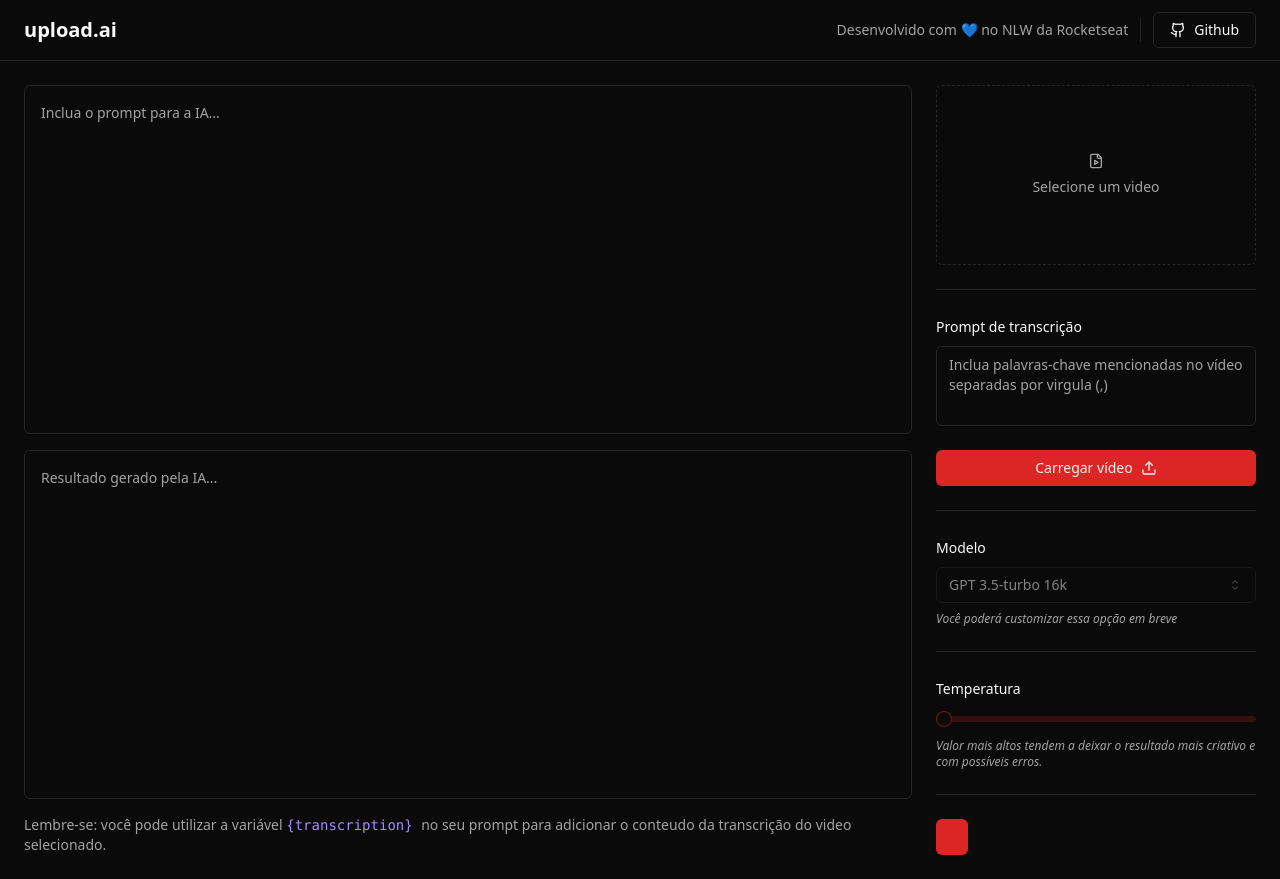
Repository: ricardolimati/upload-ai-web
Page: /
The author's editor kept a copy of each file at every save. The page is drawn from the files as they stood at one save, then again after the next save.
The browser window is 1280 px wide. The pictures show the whole page.
The project was rebuilt for these pictures with package versions that can differ from the ones it lists, and the page was loaded fresh each time. Also part of the build but not shown: vite.config.ts.

Above is the page before, as saved 2023-09-12 00:28:13.

After the next save:
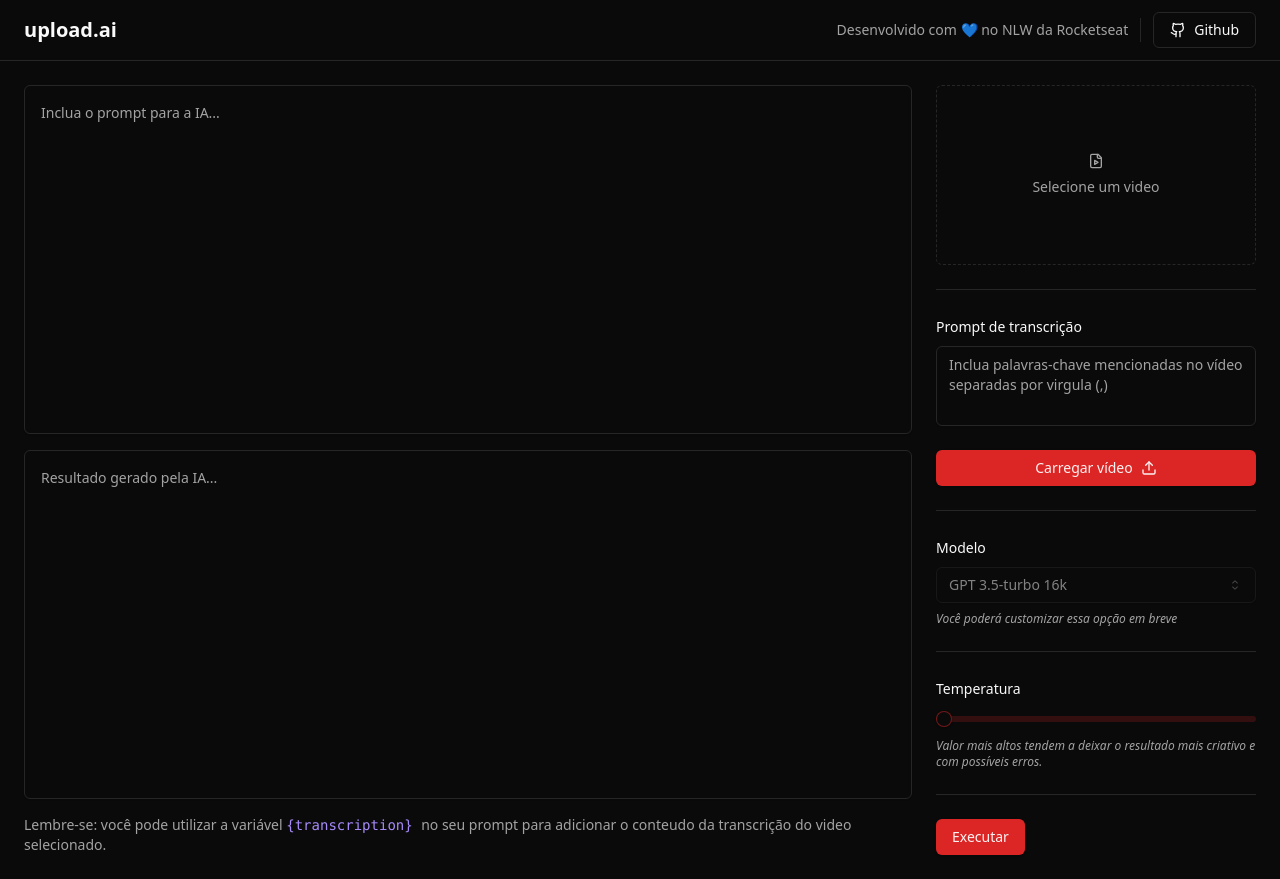
Saved 4 s later.
--- a/src/App.tsx
+++ b/src/App.tsx
@@ -100,7 +100,7 @@ export function App() {
           <Separator />
 
           <Button type="submit">
-
+            Executar
           </Button>
 
         </form>
